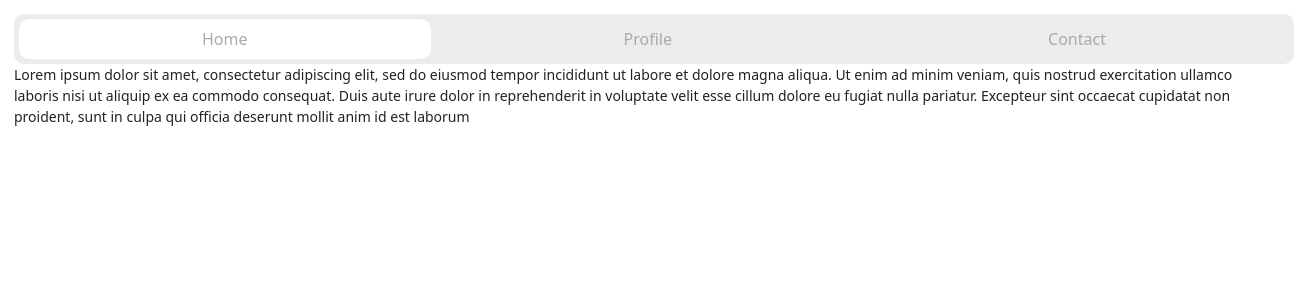
Repository: Appers-lab/sss-theme
Page: tasks/task-037/pilled-menu.html
The author's editor kept a copy of each file at every save. The page is drawn from the files as they stood at one save, then again after the next save.
The browser window is 1280 px wide. The page is 1294 px wide, so the pictures cover 1294 px, including what lies to the right of the window. The pictures show the whole page.
The style sheet was rebuilt from its Sass, Less or Tailwind sources for each picture, by a compiler version that may differ from the author's.

Above is the page before, as saved 2021-07-05 16:47:48.

After the next save:
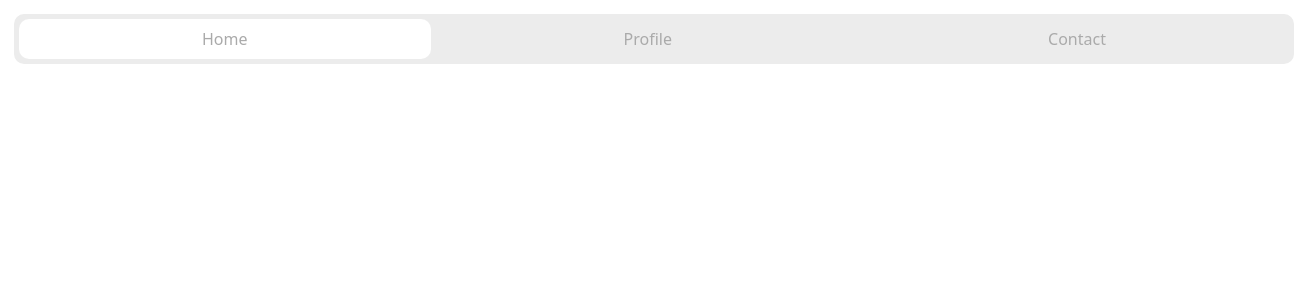
Saved 56 s later.
--- a/tasks/task-037/pilled-menu.html
+++ b/tasks/task-037/pilled-menu.html
@@ -26,7 +26,7 @@
       </li>
 
     </menu>
-    <p>Lorem ipsum dolor sit amet, consectetur adipiscing elit, sed do eiusmod tempor incididunt ut labore et dolore magna aliqua. Ut enim ad minim veniam, quis nostrud exercitation ullamco laboris nisi ut aliquip ex ea commodo consequat. Duis aute irure dolor in reprehenderit in voluptate velit esse cillum dolore eu fugiat nulla pariatur. Excepteur sint occaecat cupidatat non proident, sunt in culpa qui officia deserunt mollit anim id est laborum</p>
+
   </section>
 </body>
 </html>
